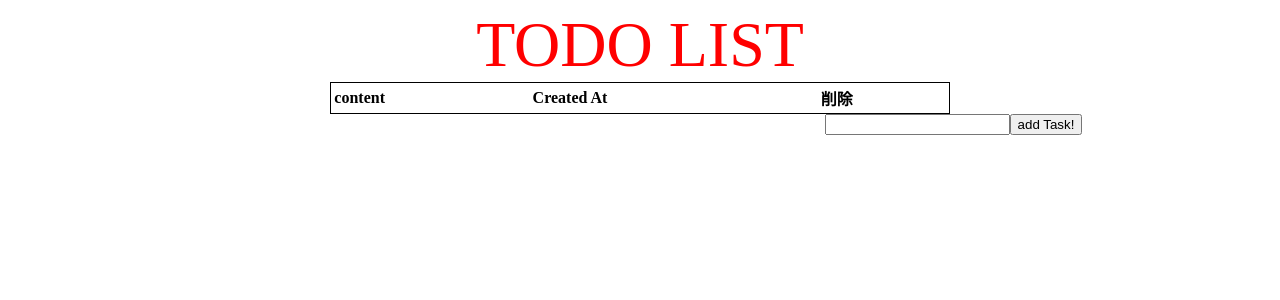
Repository: WistreHosshii/hacathon_todolList
Page: /
These files come from the project's save history. The page is drawn as it stood at one moment and after the next save; the edit follows.
The browser window is 1280 px wide. The pictures show the whole page.
The page's requests for data from a server got no answer. The project was rebuilt for these pictures with package versions that can differ from the ones it lists, and the page was loaded fresh each time. No one was signed in, and anything a server would have sent is missing.

Above is the page before, as saved 2019-06-11 00:24:08.

After the next save:
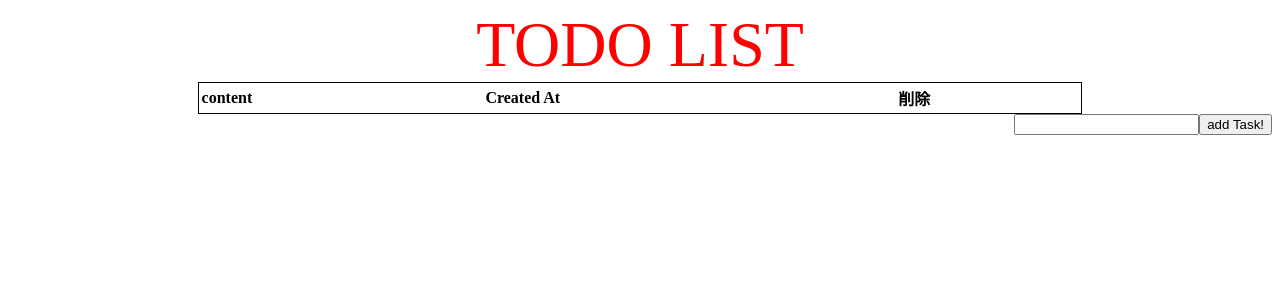
Saved 11 s later.
--- a/App.tsx
+++ b/App.tsx
@@ -22,7 +22,6 @@ const Button = styled.div`
 `;
 const TableWrapper = styled.div`
   margin: 0 auto;
-  width: 70%;
 `;
 interface Props {}
 interface State {
